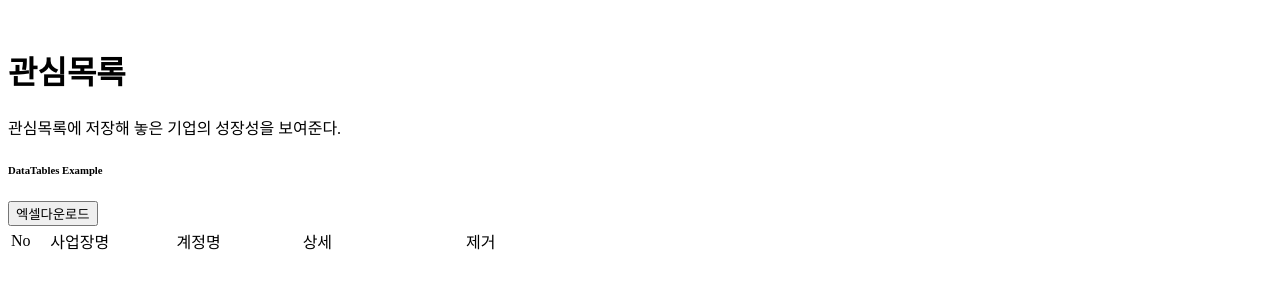
Repository: bangProgram/PJT_Finance
Page: http://localhost/Finance/WEB-INF/views/interest/interestList.jsp
An editor plug-in stored every save of this project. The page is shown before and after the next save, followed by the edit.
The browser window is 1280 px wide. The pictures show the whole page.
The page is served by Tomcat 9. Nobody is signed in. The template is opened directly, without the code that normally fills it, so the values that code supplies are empty.

Above is the page before, as saved 2022-11-02 08:24:25.
Console error: SyntaxError: Unexpected token ','

After the next save:
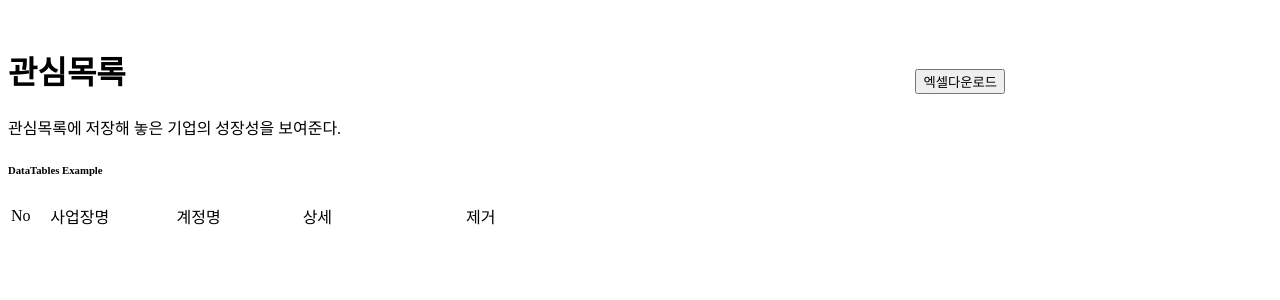
Saved 32 s later.
--- a/Finance/src/main/webapp/WEB-INF/views/interest/interestList.jsp
+++ b/Finance/src/main/webapp/WEB-INF/views/interest/interestList.jsp
@@ -169,7 +169,11 @@ function delInterest(corpCd, corpNm, stockCd){
         <div class="card-body">
             <div class="table-responsive">
             	<div>
-					<button class="dt-button buttons-excel buttons-html5 btn btn-outline-primary excelBtn" tabindex="0" aria-controls="yearReprtList" onclick="toggleTabel(); return false;"><span>엑셀다운로드</span></button>
+					<button class="dt-button buttons-excel buttons-html5 btn btn-outline-primary excelBtn" tabindex="0" aria-controls="yearReprtList" onclick="toggleTabel(); return false;"
+							style="position: absolute; right: 275px; top: 69px;"
+					>
+						<span>엑셀다운로드</span>
+					</button>
                 </div>
                 <table id="yearReprtList" class="table table-bordered" id="dataTable" width="100%" >
                 	<colgroup>
